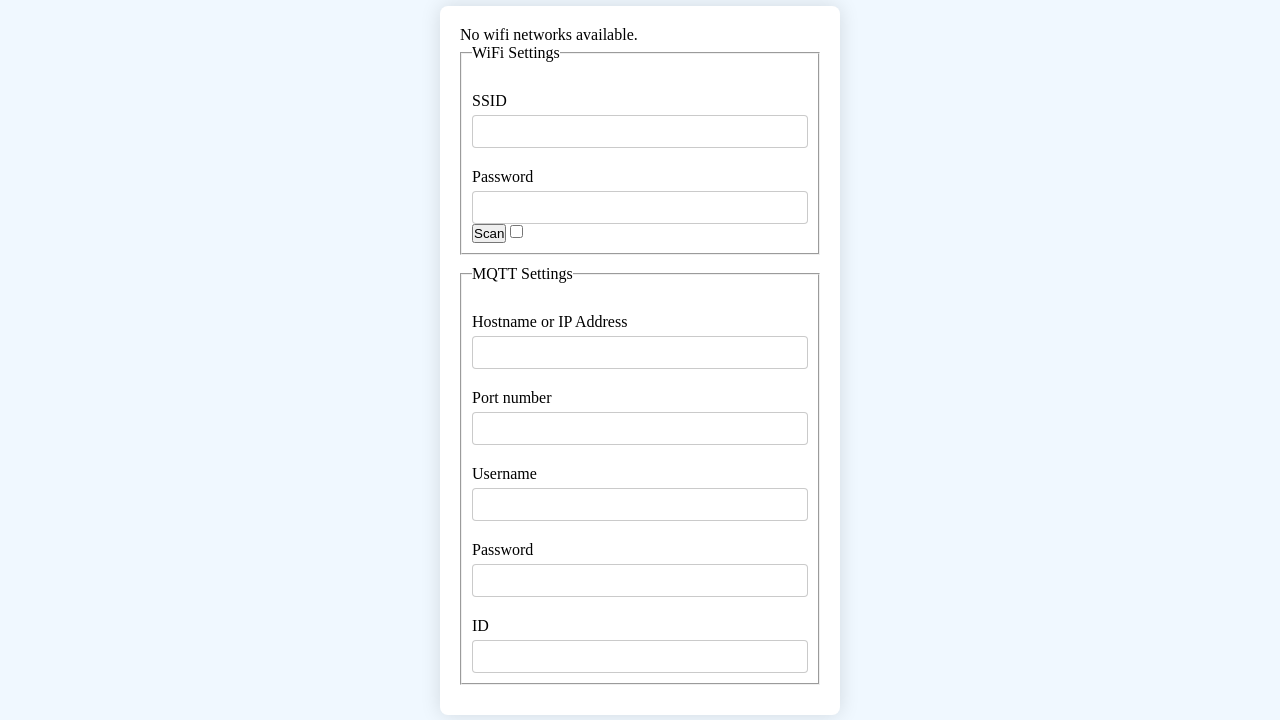
Repository: alex-dow/psikon-weather-station
Page: / (app in webapp/)
An editor plug-in stored every save of this project. The page is shown before and after the next save, followed by the edit.
The browser window is 1280 px wide. The pictures show the whole page.
The project was rebuilt for these pictures with package versions that can differ from the ones it lists, and the page was loaded fresh each time.

Above is the page before, as saved 2021-12-10 15:24:33.

After the next save:
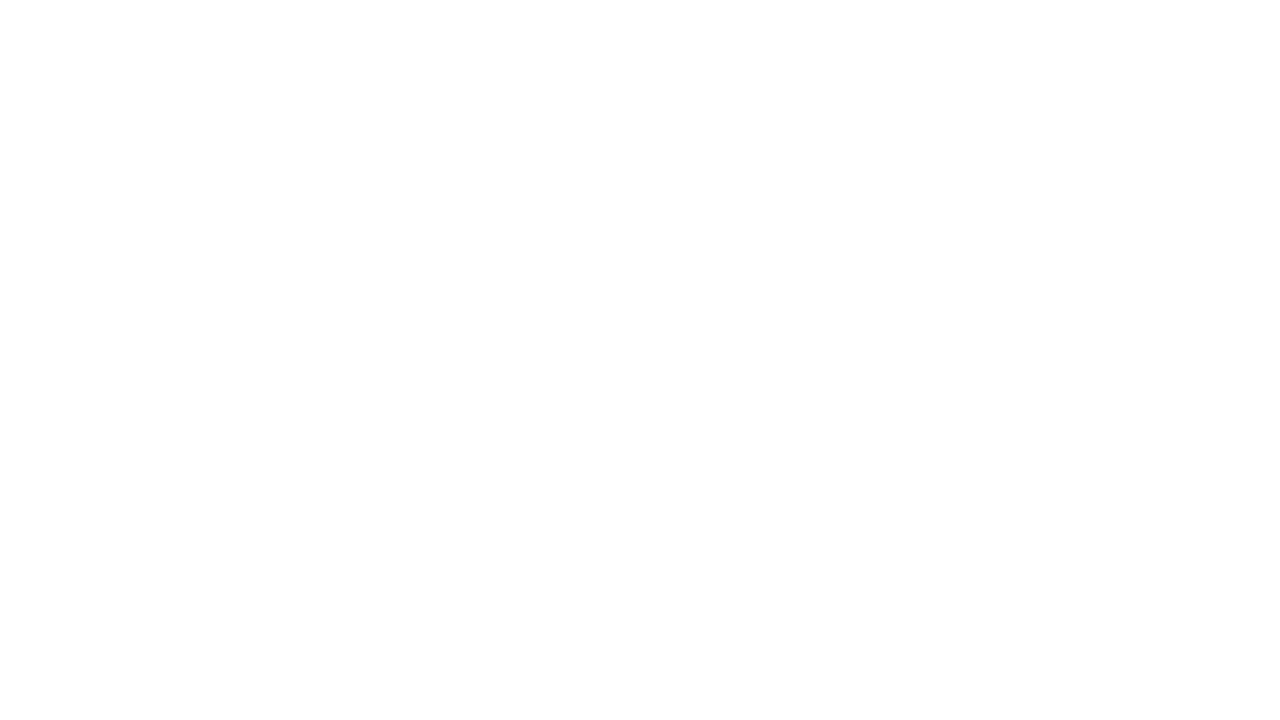
Console error: TypeError: Cannot read properties of null (reading 'style')
Saved 47 s later.
--- a/webapp/src/WiFiForm.svelte
+++ b/webapp/src/WiFiForm.svelte
@@ -18,13 +18,15 @@
   }
 }
 
-async function onClick() {
+let showWiFiModal = false;
+
+async function onScanClick() {
   loading_networks.set(true);
   loadWifiNetworks('http://192.168.1.230');
 }
 
 </script>
-<WiFiList/>
+<WiFiModal open={showWiFiModal}></WiFiModal>
 <fieldset>
   <legend>WiFi Settings</legend>
   <div class="form-group">
@@ -35,6 +37,6 @@
     <label for="wifi_password">Password</label>
     <input id="wifi_password"/>
   </div>
-  <button id="scan_wifi" on:click={onClick} type="button">Scan</button>
+  <button id="scan_wifi" on:click={onScanClick} type="button">Scan</button>
   <input type="checkbox" id="wifi_include_hidden">
 </fieldset>

After the 4 saves that followed:
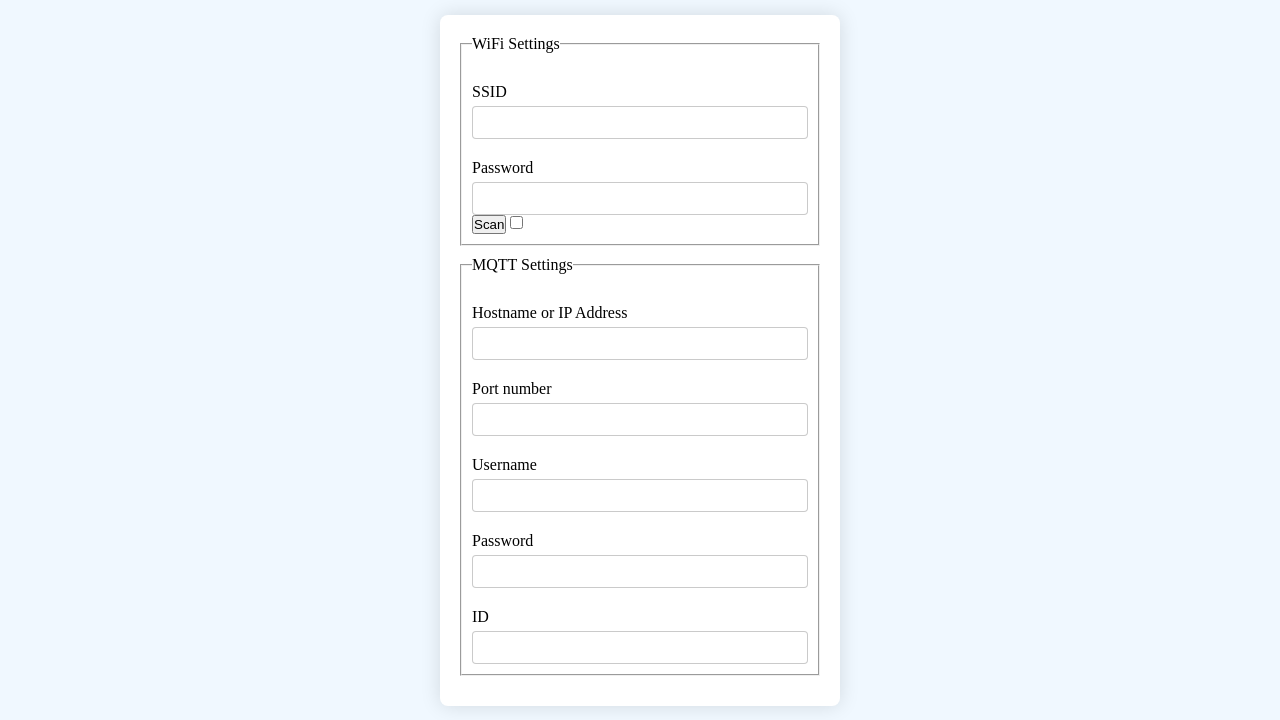
The error is gone.
The 4 saves are shown as one change because 3 left the picture as it was.
The last was saved 2 min 1 s later.
--- a/webapp/src/WiFiForm.svelte
+++ b/webapp/src/WiFiForm.svelte
@@ -21,8 +21,11 @@
 let showWiFiModal = false;
 
 async function onScanClick() {
+  showWiFiModal = true;
+  /*
   loading_networks.set(true);
   loadWifiNetworks('http://192.168.1.230');
+  */
 }
 
 </script>
--- a/webapp/src/Modal.svelte
+++ b/webapp/src/Modal.svelte
@@ -6,11 +6,21 @@ export let open = false;
 export let id = '';
 
 function hideModal() {
-  document.getElementById(id).style.display = 'none';
+  const el = document.getElementById(id);
+  if (!el) {
+    console.warn('Modal for id ' + id + ' does not exist');
+  } else {
+    el.style.display = 'none';
+  }
 }
 
 function showModal() {
-  document.getElementById(id).style.display = 'block';
+  const el = document.getElementById(id);
+  if (!el) {
+    console.warn('Modal for id ' + id + ' does not exist');
+  } else {
+    el.style.display = 'block';
+  }
 }
 
 function closeButton() {
